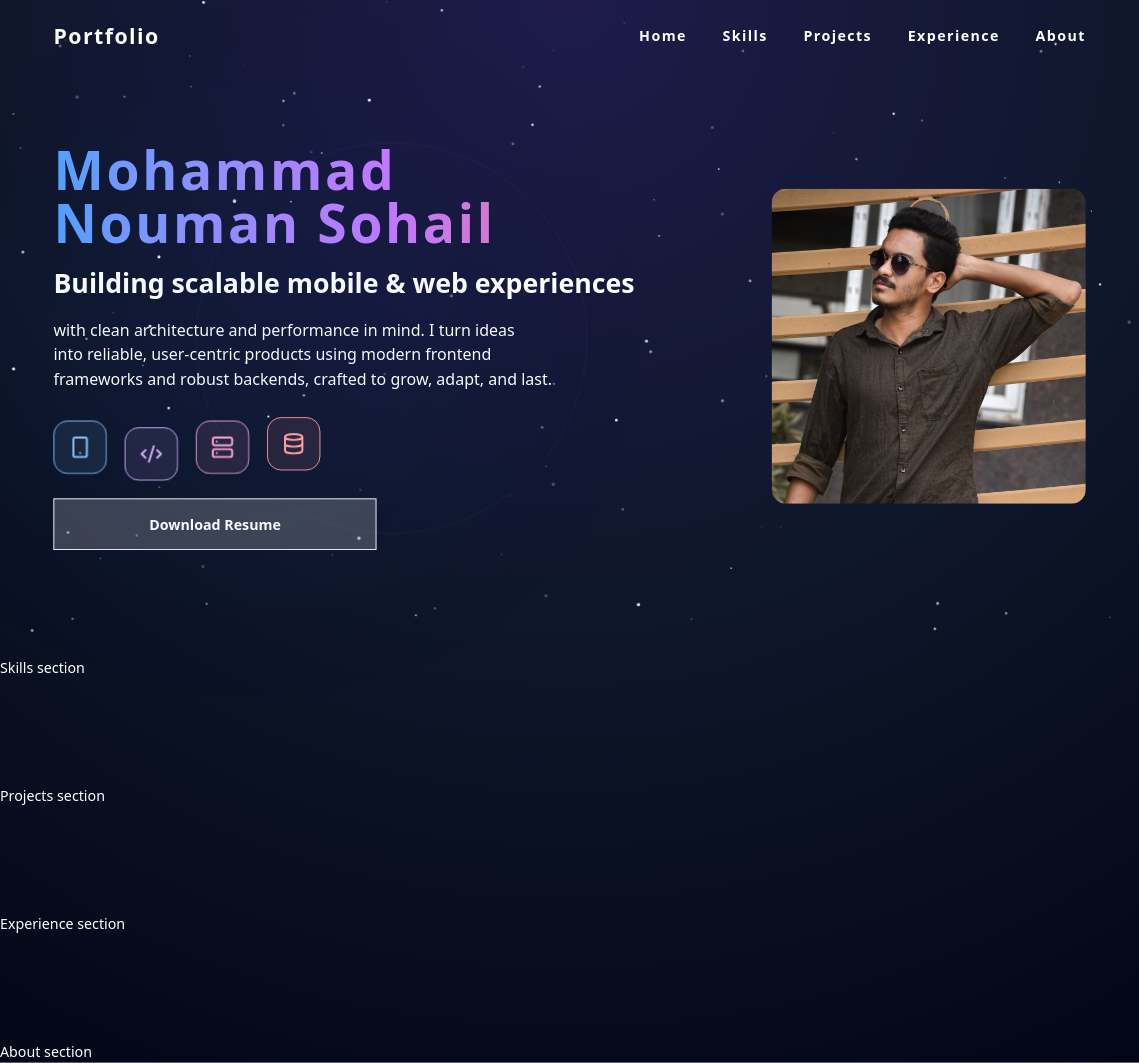
Repository: NoumanSohail/Nouman-Sohail-Portfolio
Page: /
These files come from the project's save history. The page is drawn as it stood at one moment and after the next save; the edit follows.
The browser window is 1280 px wide. The pictures show the whole page, at 89% of full size.
The project was rebuilt for these pictures with package versions that can differ from the ones it lists, and the page was loaded fresh each time. The framework's server and built-in components were replaced by stand-ins that run in the browser. Also part of the build but not shown: next.config.ts.

Above is the page before, as saved 2026-01-24 21:33:12.

After the next save:
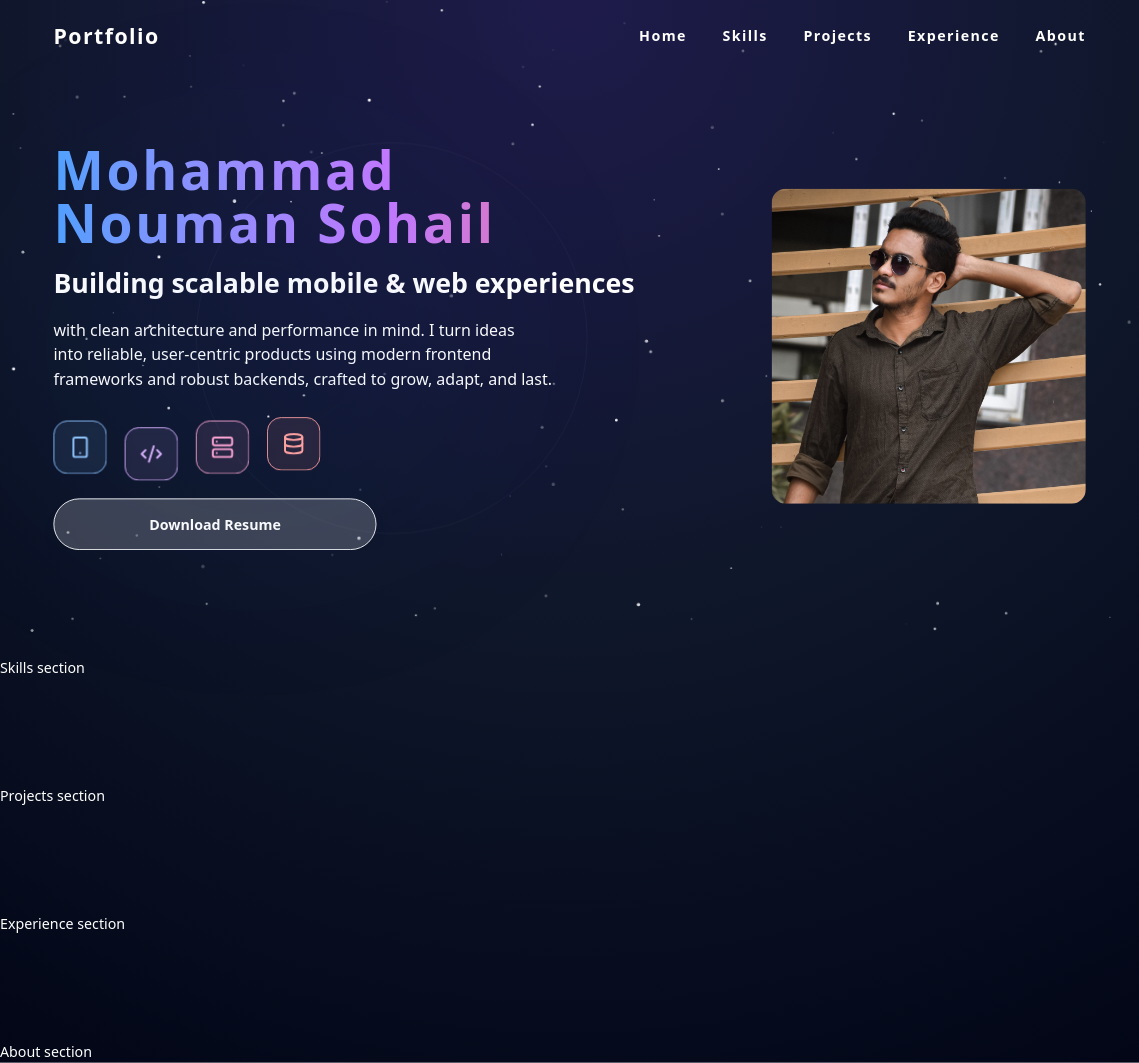
Saved 28 s later.
--- a/app/components/sections/Hero.tsx
+++ b/app/components/sections/Hero.tsx
@@ -84,7 +84,7 @@ const Hero = () => {
               />
             </div>
 
-            <Button title="Download Resume" onClick={() => {}} className="border border-white-300 bg-white/20 p-4 w-[70%] lg:w-[50%]" />
+            <Button title="Download Resume" onClick={() => {}} className="border border-white-300 bg-white/20 p-4 w-[70%] lg:w-[50%] rounded-full" />
           </motion.div>
         </div>
 
